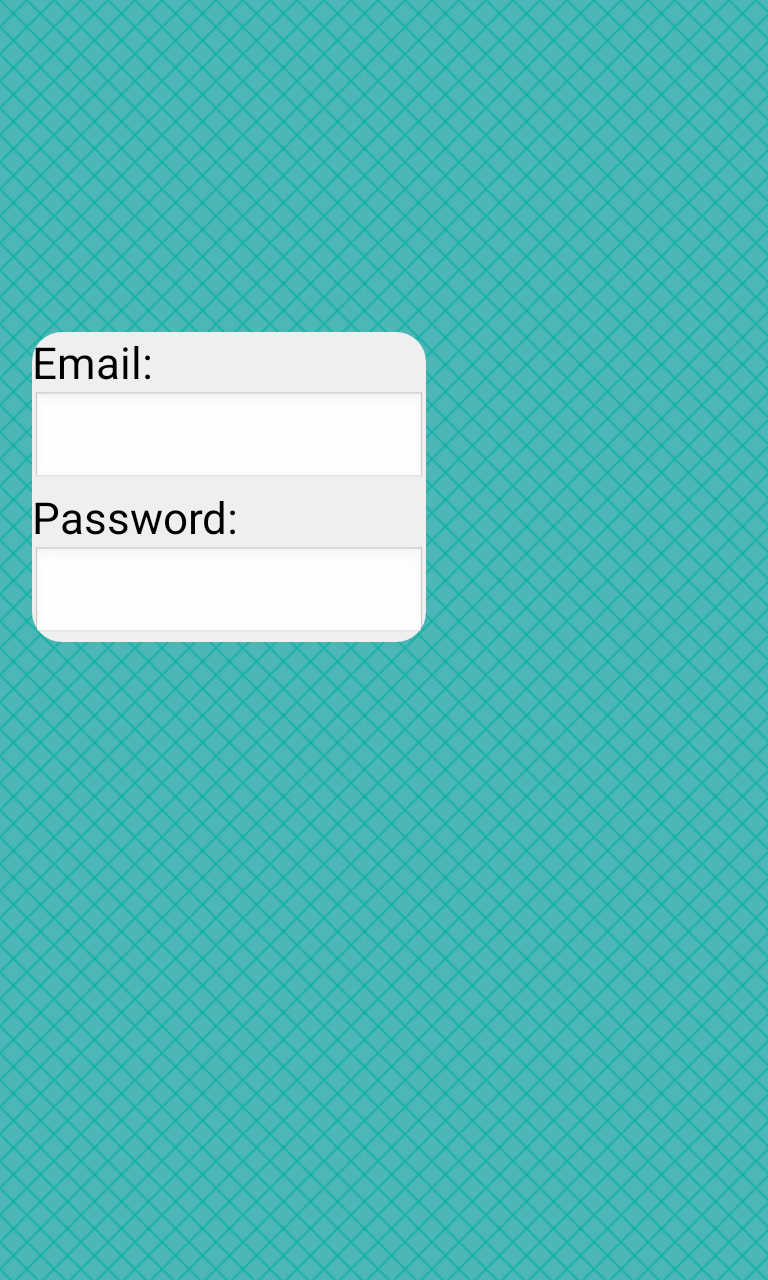
Repository: ppamorim/Coderock-X
Layout: workspace-Android/teste1/res/layout/activity_login.xml
These files come from the project's save history. The layout is drawn as it stood at one moment and after the next save; the edit follows.
It is drawn on a 768 x 1280 px phone screen (xhdpi) without system bars, with theme android:Theme.NoTitleBar; the app's code is not run.

Above is the layout before, as saved 2014-01-05 05:59:17.

### workspace-Android/teste1/res/layout/activity_login.xml
<?xml version="1.0" encoding="utf-8"?>
<LinearLayout xmlns:android="http://schemas.android.com/apk/res/android"
    xmlns:tools="http://schemas.android.com/tools"
    android:id="@+id/LinearLayout1"
    android:layout_width="match_parent"
    android:layout_height="match_parent"
    android:background="@drawable/background"
    android:orientation="vertical"
    android:paddingBottom="@dimen/activity_vertical_margin"
    android:paddingLeft="@dimen/activity_horizontal_margin"
    android:paddingRight="@dimen/activity_horizontal_margin"
    android:paddingTop="@dimen/activity_vertical_margin"
    tools:context=".MainActivity" >

	<!-- <View
        android:id="@+id/spacer1"
        android:layout_width="wrap_content"
        android:layout_height="0dp"
        android:layout_gravity="center_horizontal"
        android:layout_weight="0.18"
        android:background="@layout/rounded" />-->

    <FrameLayout
        android:layout_width="197dp"
        android:layout_height="wrap_content"
        android:layout_gravity="center"
        android:background="@layout/rounded"
        android:layout_marginTop="150dp"
        android:layout_gravity = "center_vertical">

        <LinearLayout
            android:layout_width="match_parent"
            android:layout_height="match_parent"
            android:orientation="vertical" >

            <TextView
                android:id="@+id/textView1"
                android:layout_width="wrap_content"
                android:layout_height="wrap_content"
                android:text="@string/Email"
                android:textColor="#000"
                android:textAppearance="?android:attr/textAppearanceLarge" />

            	<EditText
            	android:id="@+id/editText1"
            	android:layout_width="match_parent"
            	android:layout_height="wrap_content"
            	android:ems="10" />

            <TextView
                android:id="@+id/textView2"
                android:layout_width="wrap_content"
                android:layout_height="wrap_content"
                android:text="@string/Password"
                android:textColor="#000"
                android:textAppearance="?android:attr/textAppearanceLarge" />

        <EditText
            android:id="@+id/editText1"
            android:layout_width="match_parent"
            android:layout_height="wrap_content"
            android:ems="10" >
        </EditText>
        </LinearLayout>

    </FrameLayout>

</LinearLayout>

### workspace-Android/teste1/res/drawable-hdpi/background.xml
<?xml version="1.0" encoding="utf-8"?>
<bitmap xmlns:android="http://schemas.android.com/apk/res/android"
  android:src="@drawable/bg"
  android:tileMode="repeat" />

### workspace-Android/teste1/res/layout/rounded.xml
<?xml version="1.0" encoding="utf-8"?>
<layer-list xmlns:android="http://schemas.android.com/apk/res/android">
    <item>
        <shape android:shape="rectangle" >
            <corners android:radius="15dip" />
            <solid android:color="#efefef" />
            <stroke android:width="0dp" android:color="#bebfc1"/>
        </shape>
    </item>
</layer-list>

### workspace-Android/teste1/res/values/strings.xml
<?xml version="1.0" encoding="utf-8"?>
<resources>

    <string name="app_name">Feel</string>
    <string name="action_settings">Settings</string>
    <string name="hello_world">Hello world!</string>
    <string name="Email">Email:</string>
    <string name="Password">Password:</string>
    <string name="Resultado">Resultado:</string>
    <string name="BotaoSomar">Somar</string>
    <string name="BotaoSub">Subtrair</string>
    <string name="BotaoMulti">Multiplicar</string>
    <string name="BotaoDividir">Dividir</string>

</resources>

Loaded but not shown: workspace-Android/teste1/res/values/dimens.xml (common file)

After the next save:
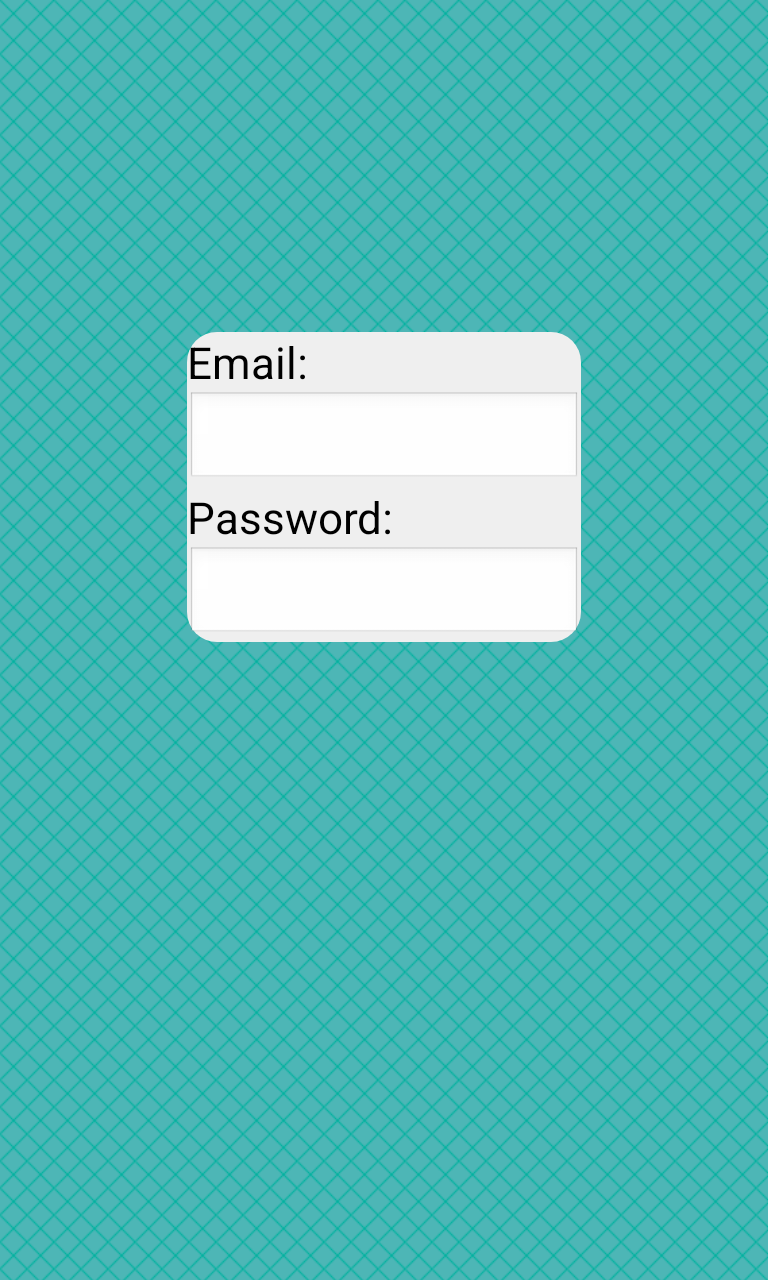
Saved 11 s later.
--- a/workspace-Android/teste1/res/layout/activity_login.xml
+++ b/workspace-Android/teste1/res/layout/activity_login.xml
@@ -25,8 +25,7 @@
         android:layout_height="wrap_content"
         android:layout_gravity="center"
         android:background="@layout/rounded"
-        android:layout_marginTop="150dp"
-        android:layout_gravity = "center_vertical">
+        android:layout_marginTop="150dp">
 
         <LinearLayout
             android:layout_width="match_parent"
